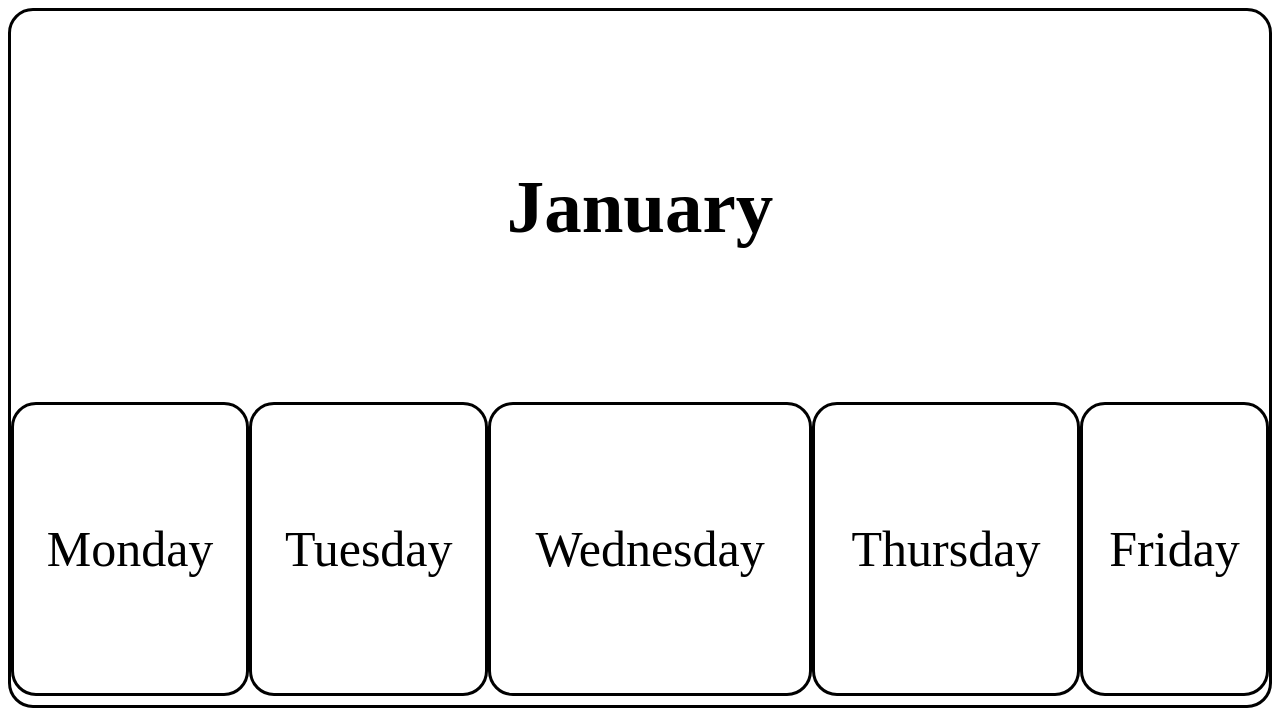
Repository: shleewhite/missionBitCalendar
Page: views/may.html
The author's editor kept a record of every edit. The page is drawn from the files as they stood at one moment, then again after the next edit.
The browser window is 1280 px wide. The pictures show the whole page.

Above is the page before.

After the next edit:
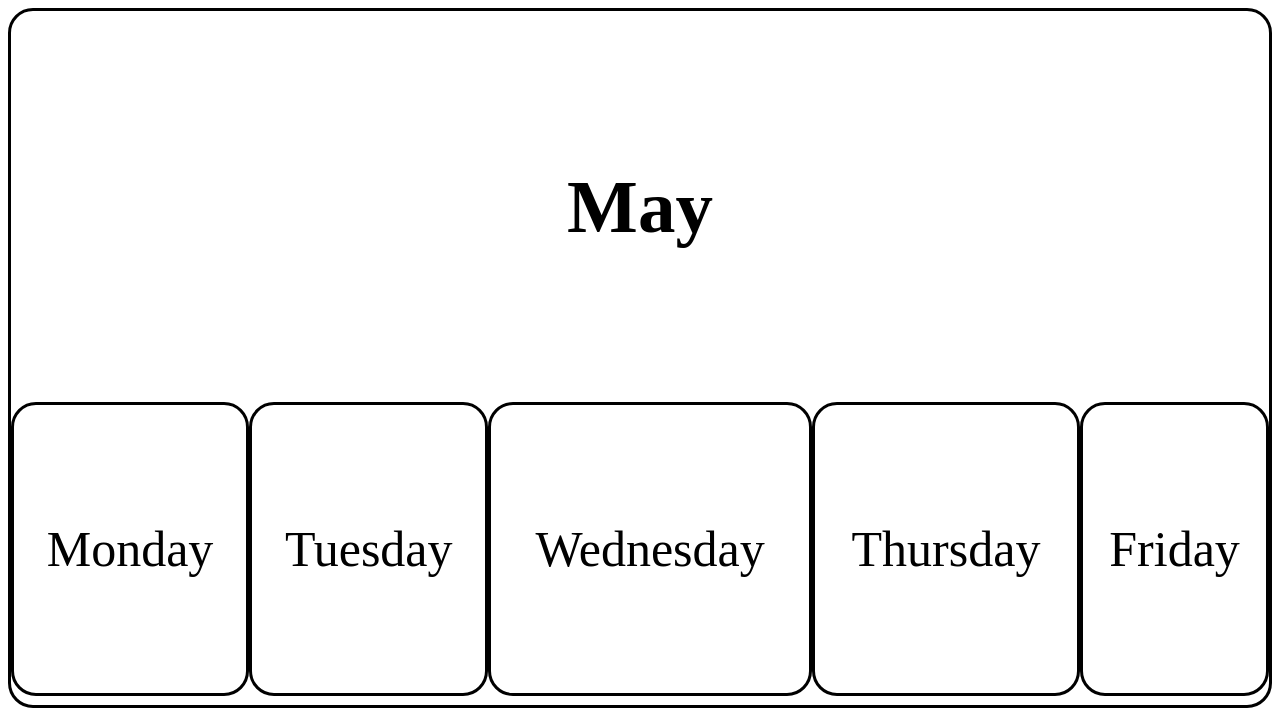
The edit:
--- a/views/may.html
+++ b/views/may.html
@@ -4,7 +4,7 @@
     <head></head>
     <body>
         <table id="monthTable">
-                <th class="monthHeader" colspan="5">January</th>
+                <th class="monthHeader" colspan="5">May</th>
             <tr>
                 <td class="weekday">Monday</td>
                 <td class="weekday">Tuesday</td>
